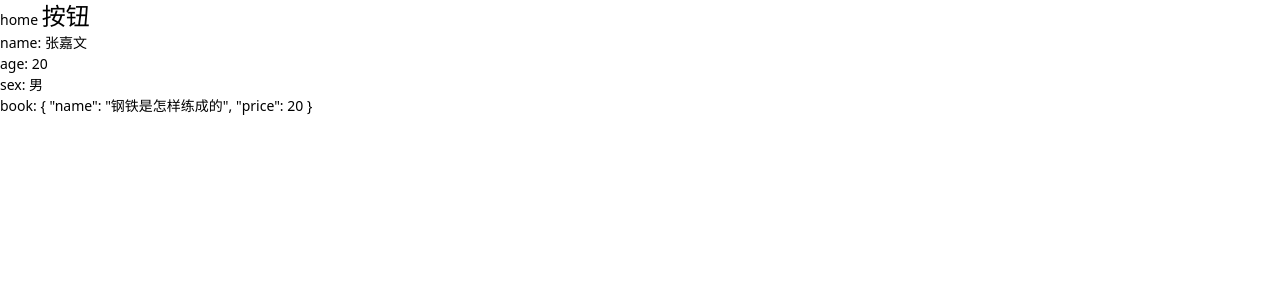
Repository: 596178924/vue3-ts-app
Page: /
The author's editor kept a copy of each file at every save. The page is drawn from the files as they stood at one save, then again after the next save.
The browser window is 1280 px wide. The pictures show the whole page.
The project was rebuilt for these pictures with package versions that can differ from the ones it lists, and the page was loaded fresh each time. Also part of the build but not shown: vite.config.ts.

Above is the page before, as saved 2022-11-09 16:49:11.

After the next save:
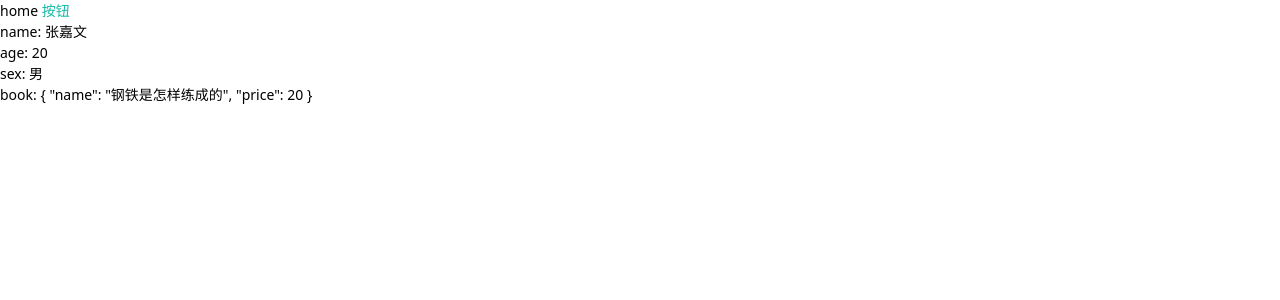
Saved 14 s later.
--- a/src/views/home/index.vue
+++ b/src/views/home/index.vue
@@ -26,6 +26,6 @@ const book = ref<Book>({
 
 <style lang="less" scoped>
 button {
-	@apply text-2xl;
+	@apply text-teal-500;
 }
 </style>
